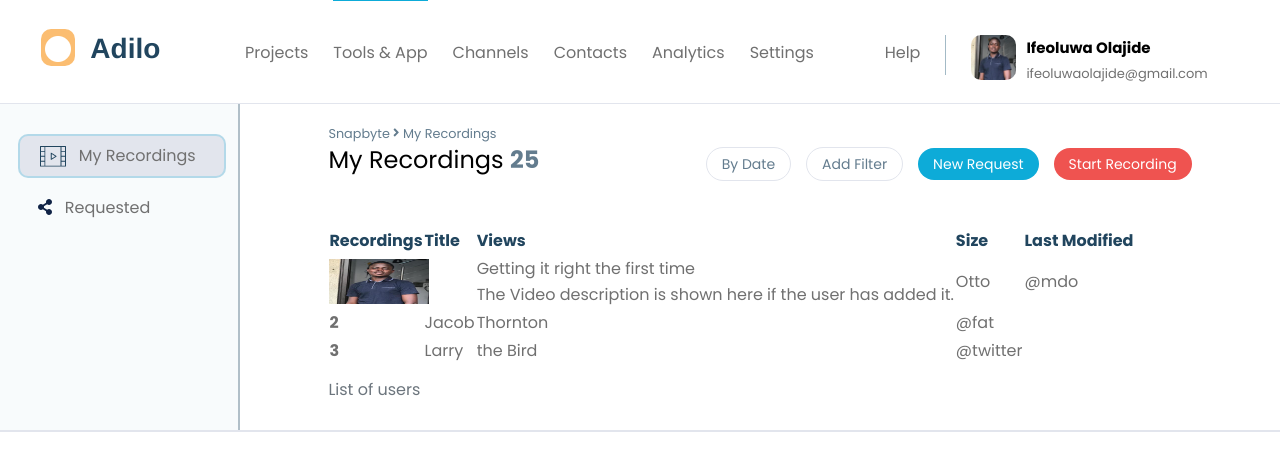
Repository: olhighjay/video_recorder
Page: /
These files come from the project's save history. The page is drawn as it stood at one moment and after the next save; the edit follows.
The browser window is 1280 px wide. The pictures show the whole page.
Some web libraries are served in a nearby version. The project was rebuilt for these pictures with package versions that can differ from the ones it lists, and the page was loaded fresh each time. Also part of the build but not shown: vue.config.js.

Above is the page before, as saved 2022-07-29 06:18:36.

### public/index.html
<!DOCTYPE html>
<html lang="">
  <head>
    <meta charset="utf-8">
    <meta http-equiv="X-UA-Compatible" content="IE=edge">
    <meta name="viewport" content="width=device-width,initial-scale=1.0">
    <link rel="icon" href="<%= BASE_URL %>favicon.ico">
    <title><%= htmlWebpackPlugin.options.title %></title>
    <link rel="stylesheet" href="https://cdn.jsdelivr.net/npm/bootstrap@4.0.0/dist/css/bootstrap.min.css" integrity="sha384-Gn5384xqQ1aoWXA+058RXPxPg6fy4IWvTNh0E263XmFcJlSAwiGgFAW/dAiS6JXm" crossorigin="anonymous">
    <link rel="stylesheet" href="https://cdnjs.cloudflare.com/ajax/libs/font-awesome/5.1.0/css/all.css" integrity="sha512-ajhUYg8JAATDFejqbeN7KbF2zyPbbqz04dgOLyGcYEk/MJD3V+HJhJLKvJ2VVlqrr4PwHeGTTWxbI+8teA7snw==" crossorigin="anonymous" referrerpolicy="no-referrer" />
  </head>
  <body>
    <noscript>
      <strong>We're sorry but <%= htmlWebpackPlugin.options.title %> doesn't work properly without JavaScript enabled. Please enable it to continue.</strong>
    </noscript>
    <div id="app"></div>
    <!-- built files will be auto injected -->

    <script src="https://cdnjs.cloudflare.com/ajax/libs/font-awesome/5.1.0/js/all.js" integrity="sha512-vn7pO1RiR0IT5T9K+USTmMfkTaecOtFtCCV0JvT+j8ZPBujq6C3P5J2sHttG7D41pBPqLCih+7lIXamnFodtUw==" crossorigin="anonymous" referrerpolicy="no-referrer"></script>
    <script src="https://code.jquery.com/jquery-3.2.1.slim.min.js" integrity="sha384-KJ3o2DKtIkvYIK3UENzmM7KCkRr/rE9/Qpg6aAZGJwFDMVNA/GpGFF93hXpG5KkN" crossorigin="anonymous"></script>
<script src="https://cdn.jsdelivr.net/npm/popper.js@1.12.9/dist/umd/popper.min.js" integrity="sha384-ApNbgh9B+Y1QKtv3Rn7W3mgPxhU9K/ScQsAP7hUibX39j7fakFPskvXusvfa0b4Q" crossorigin="anonymous"></script>
<script src="https://cdn.jsdelivr.net/npm/bootstrap@4.0.0/dist/js/bootstrap.min.js" integrity="sha384-JZR6Spejh4U02d8jOt6vLEHfe/JQGiRRSQQxSfFWpi1MquVdAyjUar5+76PVCmYl" crossorigin="anonymous"></script>
  </body>
</html>

### src/App.vue
<template>
  <!-- <img alt="Vue logo" src="./assets/logo.png"> -->
  <div>
    <navbar></navbar>
    <div id="main-flex">
      <div class="my-sidebar">
        <ul class="my-sidebar-items">
            <li class="sidebar-item-active"> <img src="./assets/video-player.png" alt=""> &nbsp; My Recordings</li>
            <li> <i class="fa fa-share-alt" style="color:#102346"></i> &nbsp; Requested</li>
        </ul>
      </div>
        <div class="my-main">
          <div class="my-main-container">
            <div><small class="breadcrumbs">Snapbyte <i class="fa fa-angle-right" style="font-weight:200"></i> My Recordings</small></div>
            <div class="subheading-tab">
              <div> <span class="my-recordings">My Recordings </span><span class="my-recordings-count">25</span> </div>
              <div>
                <button class="sub-heading-btn white-btn">By Date</button>
                <button class="sub-heading-btn white-btn">Add Filter</button>
                <button class="sub-heading-btn blue-btn">New Request</button>
                <button class="sub-heading-btn red-btn">Start Recording</button>
              </div>
            </div>
            <!-- <div style="border: 1px dashed #A3BAC6; margin-top:30px;
              border-radius: 38px;
              opacity: 1; padding-top:105.9px; padding-bottom:68.5px">
              <p style="color: #000; font-size: 22px; text-align:center; font-weight:medium; margin-top:56px">Say hello to the world!</p>
              <p style="color: #637C8E; font-size: 14px; text-align:center;">Record your first video/audio and share it what your team, friends, <br />followers and customers.</p>
              <div class="text-center">
                <button class="sub-heading-btn red-btn">Start Recording</button>
                <button class="sub-heading-btn blue-btn">New Request</button>
              </div>
            </div>
            <div class="footer" style="margin-top:42px; margin-bottom: 140px">
              <div>

              </div>
              <div>
                <p style="font-size: 26px; color:#21455E">Want more controls & better <br />quality recording?</p>
                <button class="sub-heading-btn blue-btn">Download the desktop recorder</button>
              </div>
            </div> -->
            <div class="table-responsive-xl" style="margin-top:46.1px">
              <table class="">
  <caption>List of users</caption>
  <thead>
    <tr >
      <th scope="col" style="color:#21455E">Recordings</th>
      <th scope="col" style="color:#21455E">Title</th>
      <th scope="col" style="color:#21455E">Views</th>
      <th scope="col" style="color:#21455E">Size</th>
      <th scope="col" style="color:#21455E">Last Modified</th>
    </tr>
  </thead>
  <tbody>
    <tr>
      <td colspan="2">
        <img alt="Profile Image" src="./assets/profile.jpg" style="width:100px; height:45px; border:10px">
      </td>
      <td >
        <span>Getting it right the first time </span> <br />
        <span>The Video description is shown here if the user has added it. </span>
      </td>
      <td>Otto</td>
      <td>@mdo</td>
    </tr>
    <tr>
      <th scope="row">2</th>
      <td>Jacob</td>
      <td>Thornton</td>
      <td>@fat</td>
    </tr>
    <tr>
      <th scope="row">3</th>
      <td>Larry</td>
      <td>the Bird</td>
      <td>@twitter</td>
    </tr>
  </tbody>
</table>
            </div>
          </div>
        </div>
    </div>
  </div>
</template>

<script>
// import HelloWorld from './components/HelloWorld.vue'
import Navbar from './layouts/Navbar.vue'

export default {
  name: 'App',
  components: {
    Navbar
  }
}
</script>


<style>
 @import url('https://fonts.googleapis.com/css2?family=Poppins:wght@400;500;700&display=swap');

#main-flex {
  display: flex;
  width: 100%;
}

.my-sidebar {
  flex: 0 0 240px;
  /* width: 20%; */
  /* height: 100%; */
  background-color: #ebf2f656;
  border-right: 2px solid #21455e54;
  /* border-right: 2px solid #21455E; */
  /* width:250px; */
}
.my-sidebar-items {
  list-style: none;
  padding: 20px 0;
}
.my-sidebar-items>li {
  margin : 10px 12px 10px 18px;
  padding: 7px 20px ;
}
.sidebar-item-active {
  background-color: #E2E5ED;
  border: 2px solid #0DABD838;
  border-radius: 10px;
}





.my-main {
  flex: 1;
  flex-wrap: wrap;
}
.my-main-container {
  padding: 1.5% 8.5%;
}
.subheading-tab {
  display: flex;
  justify-content: space-between;
}
.sub-heading-btn {
  padding: 3px 15px;
  border-radius: 20px;
  margin-left: 15px;
  font-size: 14px;
}
.white-btn {
  border: 1px solid #E2E5ED;
  background-color: white;
  color: #637C8E;
}
.blue-btn {
  border: none;
  background-color: #0DABD8;
  color: #fff;
}
.red-btn {
  border: none;
  background-color: #EF5350;
  color: #fff;
}
.my-recordings, .my-recordings-count {
  font-size: 24px;
  color: #000
}
.my-recordings {
  color: #000
}
.my-recordings-count {
  color: #637C8E;
  font-weight: 600;
}
.breadcrumbs {
  color:#637C8E;
}



#app {
  font-family: Avenir, Helvetica, Arial, sans-serif;
  font: normal normal normal 14px/26px Poppins;
  -webkit-font-smoothing: antialiased;
  -moz-osx-font-smoothing: grayscale;
   /* text-align: center; */
   font-size: 16px;
  color: #707070;
  border-bottom: solid 2px #E2E5ED;
  overflow: hidden;
  /* margin-top: 60px;  */
}


</style>

### src/layouts/Navbar.vue
<template>
    <nav class="">
      <div class="nav-logo-area">
        <div class="nav-logo-area-inner">
          <div class="white-logo-wrap">
            <span class="white-logo-bkg">
            <img alt="Adilo logo" src="../assets/swarm.png">
            </span>
          </div>
          <div class="adilo">Adilo</div>
        </div>
      </div>
      <div class="nav-tab">
        <ul class="my-nav-list">
          <li><a>Projects</a></li>
          <li class="active-nav-item"> <a>Tools & App</a></li>
          <li><a>Channels</a></li>
          <li><a>Contacts</a></li>
          <li><a>Analytics</a></li>
          <li><a>Settings</a></li>
        </ul>
      </div>
      <div class="nav-profile">
        <ul class="my-nav-list">
          <li><a>Help</a></li>
        </ul>
        <div class="profile-info">
          <div class="profile-border"></div>
          <div >
            <img alt="Profile Image" src="../assets/profile.jpg" class="profile-img">
          </div>
          <div style="margin-left:10px">
            <span class="profile-name">Ifeoluwa Olajide </span>
            <p class="profile-email">ifeoluwaolajide@gmail.com</p>
          </div>
        </div>
      </div>
    </nav>
</template>
<script>
export default {
    name: 'NavbarComponent'
}
</script>
<style>
     nav {
    display: flex;
    /* height: 69px; */
    padding: 0 0.032%;
    border-bottom: solid 1px #E2E5ED;
  }

  .nav-logo-area {
    flex: 0 0 16%;
    padding-left: 3.2%;
    padding-top: 19px;
    padding-bottom: 27px;
  }
  .nav-logo-area-inner {
    display: flex;
  }
  .nav-tab {
    flex: 0 0 50%;
  }
  .nav-profile {
    flex: 0 0 34%;
    display: flex;
  }
  .my-nav-list {
    list-style: none;
    padding-top: 40px;
  }
  .my-nav-list>li {
    display: inline;
    margin-right: 25px;
    padding-top: 40px;
  }
  .my-nav-list>li>a {
    text-align: left;
    /* font: normal normal normal 18px/27px Poppins; */
    letter-spacing: 0px;
    color: #707070;
    opacity: 1
  }
  .white-logo-wrap {
    padding-top:16px;
  }
  .white-logo-bkg {
    background-color:#FBBD71;
    padding:7px 4px;
    border-radius:10px;
  }
  .adilo {
    font: normal normal bold 28px/32px Helvetica;
    font-size:28px;
    margin-left:15px;
    font-weight:bold;
    color:#21455E;
    padding-top:14px;
  }
  .profile-info {
    padding-top:35px;
    display:flex;
  }
  .active-nav-item {
    border-top: 6px solid #0DABD8;
  }
  .profile-border {
    border-left: 1px solid #A3BAC6;
    padding-left:25px;
    height:40px;
  }
  .profile-img {
    width:45px; height: 45px;
    border-radius:10px;
  }
  .profile-name {
    font-weight:bold;
    font-size:15px;
    color:black;
  }
  .profile-email {
    font-size:13px;
  }
</style>

Loaded but not shown: src/main.js (common file)

After the next save:
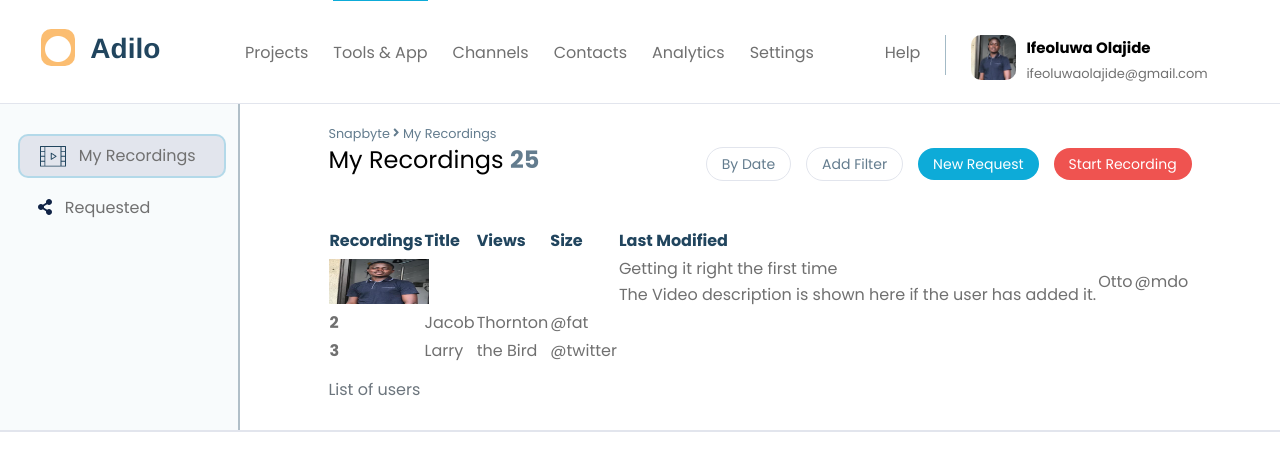
Saved 13 s later.
--- a/src/App.vue
+++ b/src/App.vue
@@ -54,7 +54,7 @@
   </thead>
   <tbody>
     <tr>
-      <td colspan="2">
+      <td colspan="4">
         <img alt="Profile Image" src="./assets/profile.jpg" style="width:100px; height:45px; border:10px">
       </td>
       <td >
